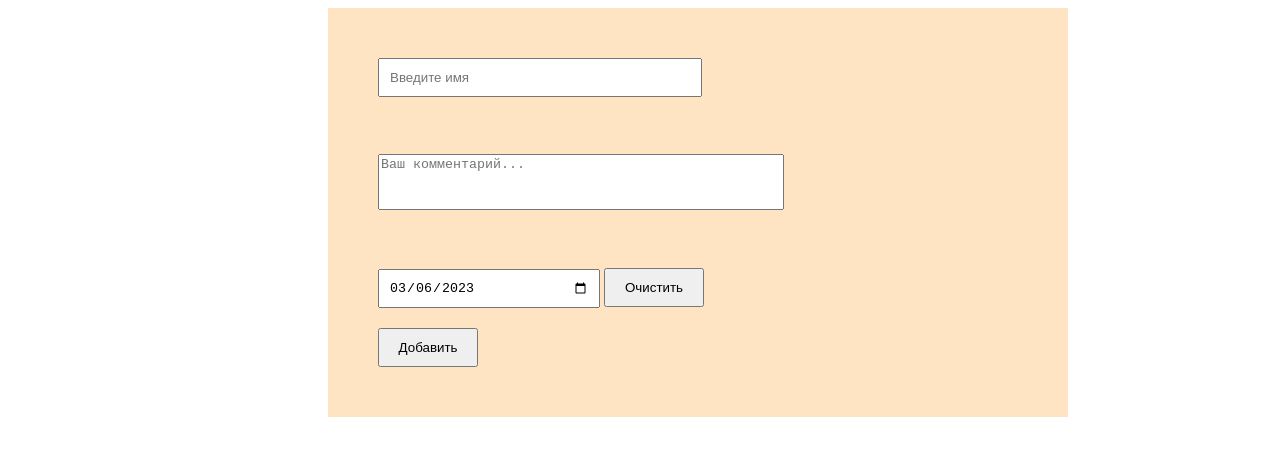
Repository: Grid-Master/commentList
Page: index.html
These files come from the project's save history. The page is drawn as it stood at one moment and after the next save; the edit follows.
The browser window is 1280 px wide. The pictures show the whole page.

Above is the page before, as saved 2023-03-12 23:45:36.

### index.html
<!DOCTYPE html>
<html lang="en">
  <head>
    <meta charset="UTF-8" />
    <meta http-equiv="X-UA-Compatible" content="IE=edge" />
    <meta name="viewport" content="width=device-width, initial-scale=1.0" />
    <title>Comments</title>
    <style>
      form {
        width: 50vw;
        margin-left: 25vw;
        background-color: bisque;
        display: flex;
        flex-direction: column;
        padding: 50px;
      }

      input[type='text'] {
        width: 300px;
        padding: 10px;
        margin-bottom: 20px;
      }
      textarea {
        width: 400px;
        height: 50px;
        resize: none;
        margin-bottom: 20px;
      }

      input[type='date'] {
        width: 200px;
        padding: 9px;
        margin-bottom: 20px;
      }

      button {
        width: 100px;
        padding: 10px;
      }

      #nameReq,
      #commentReq {
        color: red;
      }

      .unliked {
        background-image: url('./images/istockphoto-1136351242-612x612.jpg');
        background-size: cover;
        cursor: pointer;
      }
      .liked {
        background-image: url('./images/Multimedia__28107_29.jpg');
      }
    </style>
  </head>
  <body>
    <form onsubmit="addComment(); return false">
      <input id="name" type="text" placeholder="Введите имя" required />
      <h3 id="nameReq"></h3>
      <textarea id="comment" placeholder="Ваш комментарий..." required></textarea>
      <h3 id="commentReq"></h3>
      <div>
        <input type="date" id="date" />
        <button type="button" onclick="clearDate()">Очистить</button>
      </div>
      <button type="submit">Добавить</button>
    </form>
    <ul id="commentList"></ul>
    <script src="./script.js"></script>
  </body>
</html>

### script.js
let nameReq = document.getElementById('nameReq');
let commentReq = document.getElementById('commentReq');
let nameInput = document.getElementById('name');
let commentInput = document.getElementById('comment');
let dateInput = document.getElementById('date');
document.getElementById('date').valueAsDate = new Date();

function clearDate() {
  document.getElementById('date').valueAsDate = null;
}

nameInput.addEventListener('change', () => {
  if (nameInput.value == '') {
    nameReq.innerText = 'Введите имя!';
  } else {
    nameReq.innerText = '';
  }
});

commentInput.addEventListener('change', () => {
  if (commentInput.value == '') {
    commentReq.innerText = 'Введите комментарий!';
  } else {
    commentReq.innerText = '';
  }
});

function addComment() {
  let name = nameInput.value;
  let comment = commentInput.value;
  let date = dateInput.valueAsDate;
  let list = document.getElementById('commentList');

  let nameEl = document.createElement('h3');
  let commentEl = document.createElement('p');
  let dateEl = document.createElement('h4');
  let deleteEl = document.createElement('button');
  let likeEl = document.createElement('div');
  let container = document.createElement('div');

  nameEl.innerHTML = name;
  commentEl.innerHTML = comment;
  deleteEl.textContent = 'Удалить комментарий';
  likeEl.style.width = '100px';
  likeEl.style.height = '100px';
  likeEl.className = 'unliked';

  deleteEl.addEventListener('click', () => {
    deleteEl.parentElement.remove();
  });

  likeEl.addEventListener('click', () => {
    likeEl.classList.toggle('liked');
  });
  if (date != null) {
    if (date.toLocaleDateString() == new Date().toLocaleDateString()) {
      dateEl.innerHTML = `Сегодня в ${new Date().toLocaleTimeString()}`;
      container.append(nameEl, commentEl, dateEl, deleteEl, likeEl);
    } else if (date.toLocaleDateString() == new Date(Date.now() - 86400000).toLocaleDateString()) {
      dateEl.innerHTML = `Вчера в ${new Date().toLocaleTimeString()}`;
      container.append(nameEl, commentEl, dateEl, deleteEl, likeEl);
    } else {
      dateEl.innerHTML = `${date.toLocaleDateString()} в ${new Date().toLocaleTimeString()}`;
      container.append(nameEl, commentEl, dateEl, deleteEl, likeEl);
    }
  } else {
    container.append(nameEl, commentEl, deleteEl, likeEl);
  }
  list.append(container);
  nameInput.value = '';
  commentInput.value = '';
  dateInput.value = null;
}

After the next save:
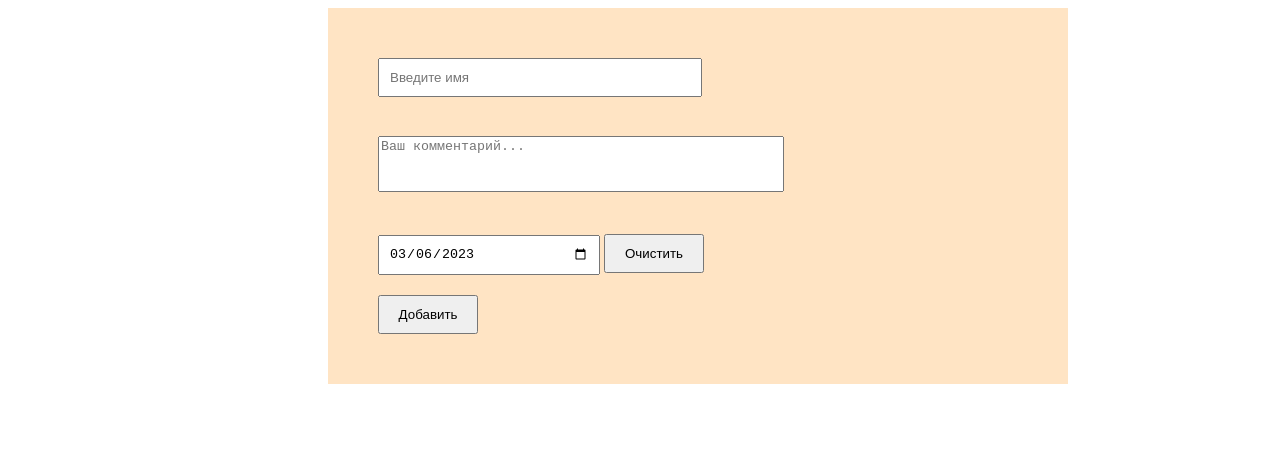
Saved 79 s later.
--- a/index.html
+++ b/index.html
@@ -55,10 +55,14 @@
   </head>
   <body>
     <form onsubmit="addComment(); return false">
-      <input id="name" type="text" placeholder="Введите имя" required />
-      <h3 id="nameReq"></h3>
-      <textarea id="comment" placeholder="Ваш комментарий..." required></textarea>
-      <h3 id="commentReq"></h3>
+      <div>
+        <input id="name" type="text" placeholder="Введите имя" required />
+        <h3 id="nameReq"></h3>
+      </div>
+      <div>
+        <textarea id="comment" placeholder="Ваш комментарий..." required></textarea>
+        <h3 id="commentReq"></h3>
+      </div>
       <div>
         <input type="date" id="date" />
         <button type="button" onclick="clearDate()">Очистить</button>
